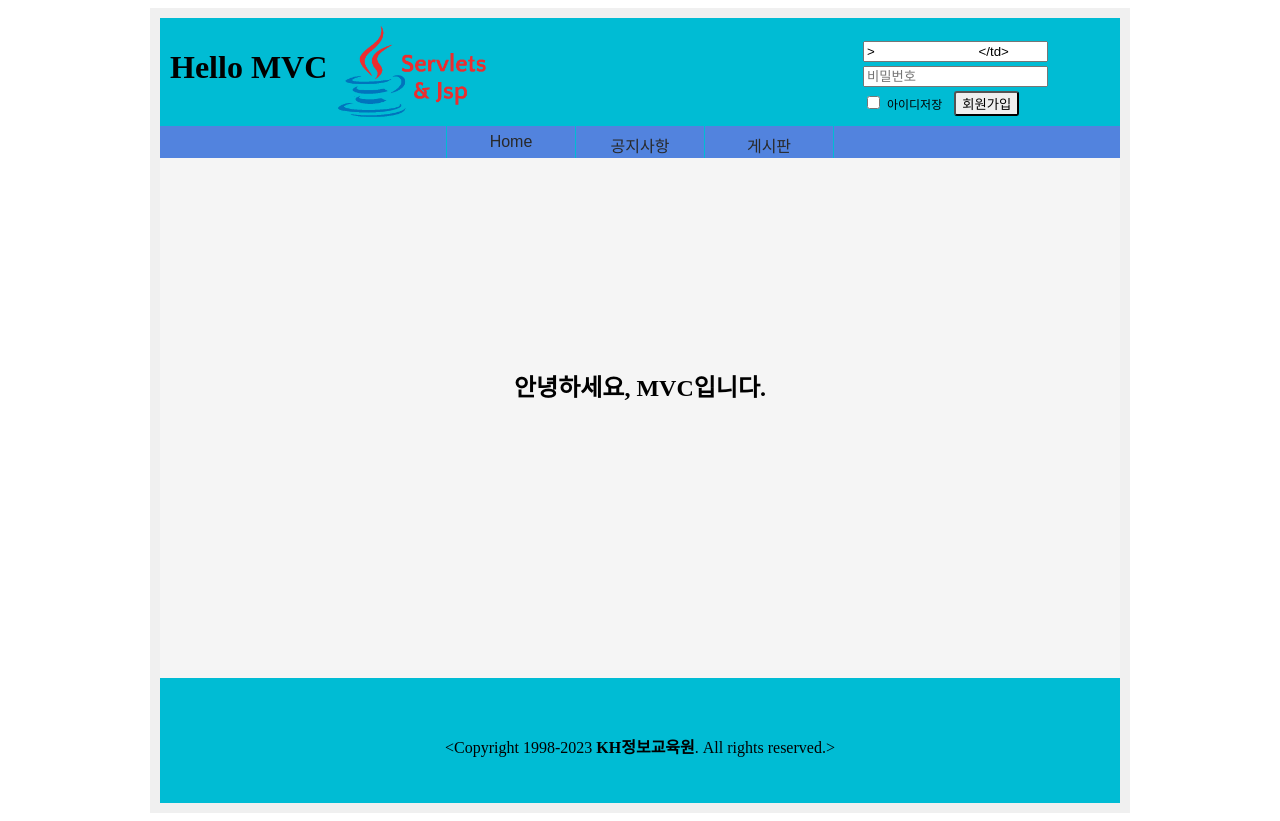
Repository: Sookyeong0505/web_server_workspace
Page: http://localhost/hello-mvc/
The author's editor kept a copy of each file at every save. The page is drawn from the files as they stood at one save, then again after the next save.
The browser window is 1280 px wide. The pictures show the whole page.
The page is served by Tomcat 9. Other server files are loaded and not shown.

Above is the page before, as saved 2023-06-22 03:09:29.

### hello-mvc/src/main/webapp/index.jsp
<%@ page language="java" contentType="text/html; charset=UTF-8"
    pageEncoding="UTF-8"%>
<%@ include file="/WEB-INF/views/common/header.jsp" %>
	<h2 align="center" style="margin-top:200px;">안녕하세요, MVC입니다.</h2>
<%@ include file="/WEB-INF/views/common/footer.jsp" %>

### hello-mvc/src/main/webapp/WEB-INF/views/common/header.jsp
<%@page import="com.sh.mvc.member.model.vo.Member"%>
<%@ page language="java" contentType="text/html; charset=UTF-8"
    pageEncoding="UTF-8"%>
<%
	String msg = (String) session.getAttribute("msg");
	if(msg != null) session.removeAttribute("msg"); // 1회용
	// System.out.println("msg = " + msg);

	Member loginMember = (Member) session.getAttribute("loginMember");
	// System.out.println("loginMember = " + loginMember);

	Cookie[] cookies = request.getCookies();
	String saveId = null;

	if(cookies != null) {
		for(Cookie cookie : cookies){
			String name = cookie.getName();
			String value = cookie.getValue();
			System.out.println();
			if("saveId".equals(name)){
				saveId = value;
			}
		}
	}

%>
<!DOCTYPE html>
<html>
<head>
<meta charset="UTF-8">
<title>Hello MVC</title>
<link rel="stylesheet" href="<%=request.getContextPath() %>/css/style.css" />
<script>
window.onload = () => {

	<% if (msg != null) { %>
	alert('<%= msg %>');
	<% } %>


	<% if (loginMember != null) { %>
	document.loginFrm.onsubmit = (e) => {
		// 아이디
		const memberId = e.target.memberId;
		if(!/^\w{4,}$/.test(memberId.value)) {
			alert("아이디는 4글자 이상 입력하세요");
			e.preventDefault();
			return;
		}
		// 비밀번호
		const password = e.target.password;
		if(!/^\w{4,}$/.test(password.value)) {
			alert("비밀번호는 4글자 이상 입력하세요");
			e.preventDefault();
			return;
	}
	<% } %>
};
</script>

</head>
<body>
	<div id="container">
		<header>
			<h1>Hello MVC</h1>
			<div class="login-container">

			<% if(loginMember == null) { %>
                <!-- 로그인폼 시작 -->
                <form id="loginFrm"
                name="loginFrm"
                action="<%= request.getContextPath() %>/member/login"
                method="post">
                    <table>
                        <tr>
                            <td>
                            <input
                            type="text" name="memberId" id="memberId" placeholder="아이디"
                            value="<%= saveId != null ? saveId : "" %>>
                            </td>
                            <td><input type="submit" value="로그인"></td>
                        </tr>
                        <tr>
                            <td><input type="password" name="password" id="password" placeholder="비밀번호"></td>
                            <td></td>
                        </tr>
                        <tr>
                            <td colspan="2">
                                <input type="checkbox" name="saveId" id="saveId" <%= saveId != null ? "checked" : "" %> />
                                <label for="saveId">아이디저장</label>&nbsp;&nbsp;
                                <input type="button" value="회원가입">
                            </td>
                        </tr>
                    </table>
                </form>
                <!-- 로그인폼 끝-->
            <% } else { %>
                <!-- 로그인 사용자 정보 시작 -->
	            <table id="login">
		            <tr>
		                <td><%= loginMember.getName() %>님, 안녕하세요.</td>
		            </tr>
		            <tr>
		                <td>
		                    <input type="button" value="내정보보기">
		                    <input
		                    type="button"
		                    value="로그아웃"
		                    onclick= "'<%= request.getContextPath() %>/member/logout';" >
		                </td>
		            </tr>
		        </table>
                <!-- 로그인 사용자 정보 끝 -->
			<% } %>

            </div>


            <!-- 메인메뉴 시작 -->
            <nav>
                <ul class="main-nav">
                    <li class="home"><a href="<%= request.getContextPath() %>">Home</a></li>
                    <li class="notice"><a href="#">공지사항</a></li>
                    <li class="board"><a href="#">게시판</a></li>
                </ul>
            </nav>
            <!-- 메인메뉴 끝-->
		</header>

		<section id="content">



</body>
</html>

### hello-mvc/src/main/webapp/WEB-INF/views/common/footer.jsp
<%@ page language="java" contentType="text/html; charset=UTF-8"
    pageEncoding="UTF-8"%>

		</section>

		<footer>
			<p>&lt;Copyright 1998-2023 <strong>KH정보교육원</strong>. All rights reserved.&gt;</p>
		</footer>
	</div>
</body>
</html>

### hello-mvc/src/main/webapp/css/style.css
@charset "utf-8";

div, section, header, aside, footer {padding:10px;}

/********** 전체컨테이너 **********/
div#container	{background-color:#F0F0F0; width:960px; margin:0 auto;}

/********** header **********/
header			{background: #00bcd4 url('/mvc/images/Java-Servlets-JSP.png') 21% 5%/18% no-repeat; height:130px; position:relative; padding:10px 0 0 0;}
header h1 		{margin-left:10px;}


	/* 로그인컨테이너 */
	header div.login-container{width:250px; position:absolute; right: 0px; top: 10px;}

	/* 로그인테이블관련 : 탭순서를 고려한 배치 */
	#loginFrm table{empty-cells:hide;}
	#loginFrm input[type=submit]{width:60px; height:50px; color:white; background:#3300ff; position:absolute; top:14px;}
	#loginFrm input[type=button]{border-radius:3px;}
	#saveId+label{font-size:12px;font-family:'고딕'}

	/* 로그인성공후 */
	div.login-container table#logged-in{border-spacing:10px;}
	div.login-container table#logged-in input[type=button]{border-radius:3px;}

	/* 메뉴관련스타일 */
	header nav {background:#5283de; width:100%; margin-top:40px;}
	/* ul태그의 가운데정렬 */
	ul.main-nav{
	    display:table;
	    padding:0px;
	    margin:auto;
	}
	ul.main-nav li {
	    list-style-type: none;
	    width: 8em;
	    height: 2em;
	    float: left;
	    text-align: center;
	    font-family: "휴먼모음T", sans-serif;
	    border-left: 1px #00bcd4 solid;
	    background-color: #5283de;
	}
	ul.main-nav li:last-of-type{border-right:1px #00bcd4 solid;}
	ul.main-nav li a {
	    display: block;
	    padding:.4em;
	    text-decoration: none;
	    color: #292929;
	}
	/* hover시 배경색 변경 */
	ul.main-nav li:hover{
	    background-color: #3300ff;
	}
	ul.main-nav li:hover > a{
	    color:#FFF; /* 글자색*/
	}


/********** content **********/
section#content	{ background-color:#F5F5F5; float:left; width:940px; min-height:500px; }

/********** footer **********/
footer			{ background-color:#00bcd4; clear:both; height:75px; text-align:center;padding-top:40px;}

After the next save:
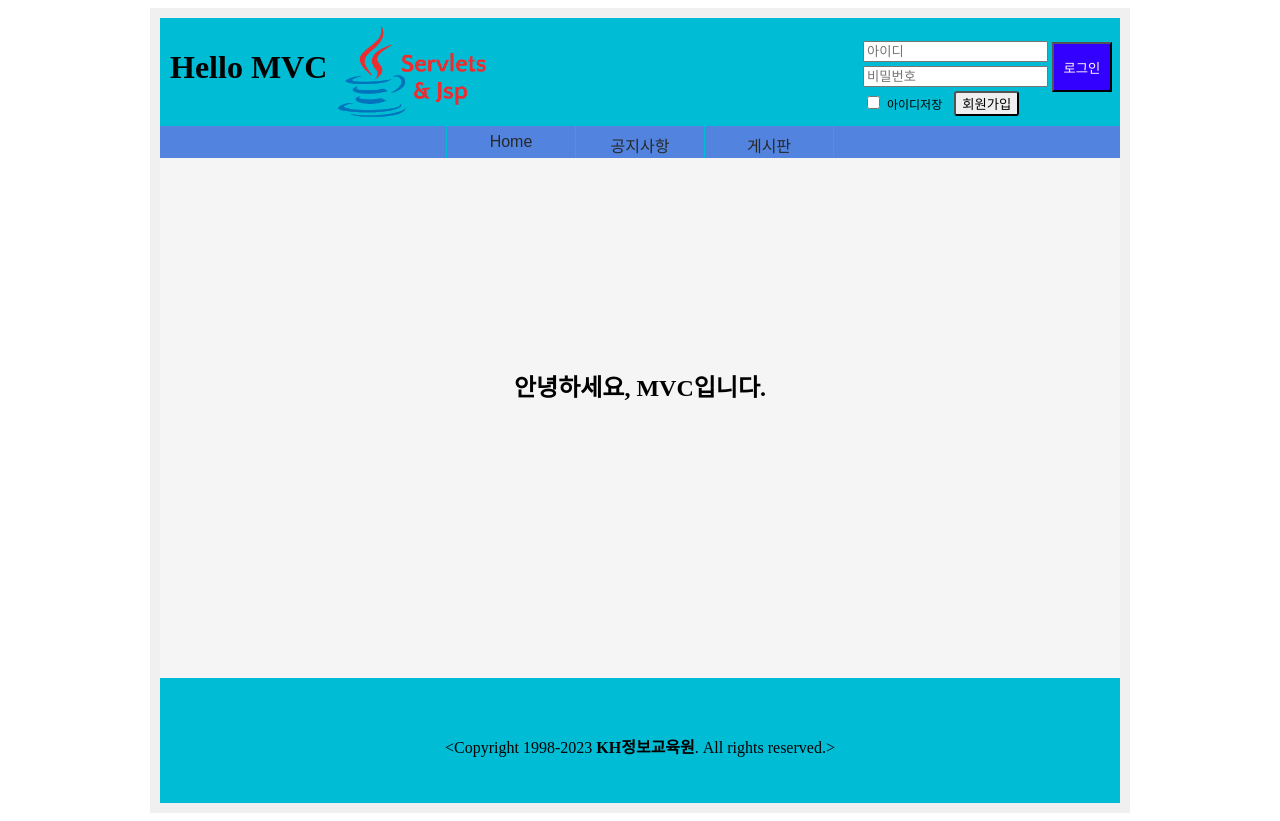
Saved 28 s later.
--- a/hello-mvc/src/main/webapp/WEB-INF/views/common/header.jsp
+++ b/hello-mvc/src/main/webapp/WEB-INF/views/common/header.jsp
@@ -76,7 +76,7 @@
                             <td>
                             <input
                             type="text" name="memberId" id="memberId" placeholder="아이디"
-                            value="<%= saveId != null ? saveId : "" %>>
+                            value='<%= saveId != null ? saveId : "" %>'
                             </td>
                             <td><input type="submit" value="로그인"></td>
                         </tr>
